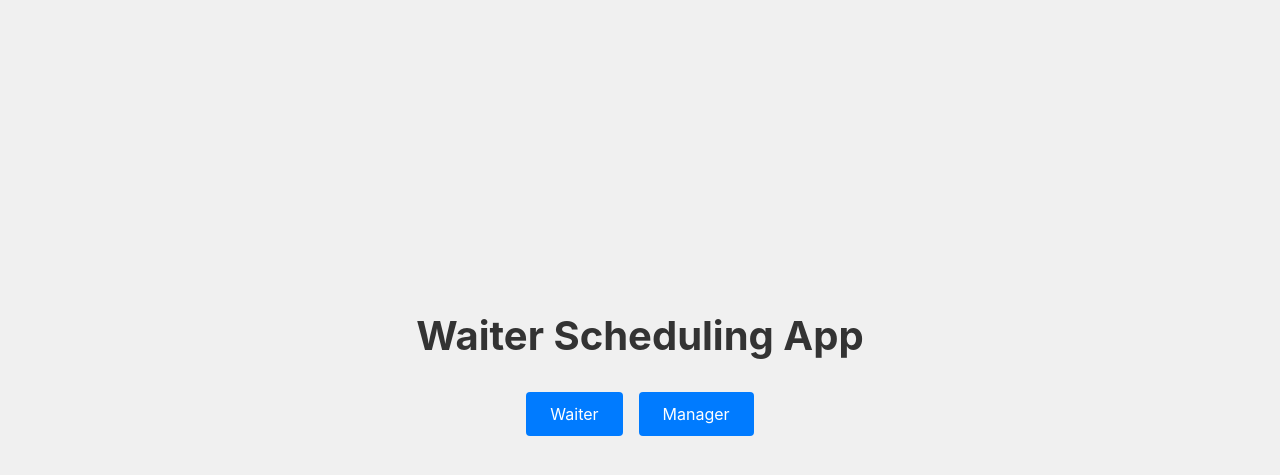
Repository: lasity34/waiter-scheduling-app
Page: / (app in waiter-app-frontend/)
The author's editor kept a copy of each file at every save. The page is drawn from the files as they stood at one save, then again after the next save.
The browser window is 1280 px wide. The pictures show the whole page.
The project was rebuilt for these pictures with package versions that can differ from the ones it lists, and the page was loaded fresh each time. Also part of the build but not shown: waiter-app-frontend/src/components/Signin.tsx, waiter-app-frontend/src/components/WaiterDashboard.tsx, waiter-app-frontend/src/components/ManagerDashboard.tsx.

Above is the page before, as saved 2024-09-10 14:55:59.

### waiter-app-frontend/src/index.tsx
import React from 'react';
import ReactDOM from 'react-dom/client';
import { BrowserRouter as Router } from 'react-router-dom';
import './index.css';
import App from './App';
import reportWebVitals from './reportWebVitals';

const root = ReactDOM.createRoot(
  document.getElementById('root') as HTMLElement
);
root.render(
  <React.StrictMode>
    <Router>
      <App />
    </Router>
  </React.StrictMode>
);

reportWebVitals();

### waiter-app-frontend/src/App.tsx
import React from 'react';
import { Routes, Route } from 'react-router-dom';
import Home from './components/Home';
import SignIn from './components/Signin';
import WaiterDashboard from './components/WaiterDashboard';
import ManagerDashboard from './components/ManagerDashboard';

const App: React.FC = () => {
  return (
    <div className="App">
      <Routes>
        <Route path="/" element={<Home />} />
        <Route path="/signin" element={<SignIn />} />
        <Route path="/waiter-dashboard" element={<WaiterDashboard />} />
        <Route path="/manager-dashboard" element={<ManagerDashboard />} />
      </Routes>
    </div>
  );
};

export default App;

### waiter-app-frontend/src/components/Home.tsx
import React from 'react';
import { Link } from 'react-router-dom';
import styled from 'styled-components';

const HomeContainer = styled.div`
  display: flex;
  flex-direction: column;
  align-items: center;
  justify-content: center;
  height: 100vh;
  background-color: #f0f0f0;
`;

const Title = styled.h1`
  font-size: 2.5rem;
  color: #333;
  margin-bottom: 2rem;
`;

const OptionsContainer = styled.div`
  display: flex;
  gap: 1rem;
`;

const StyledLink = styled(Link)`
  padding: 0.75rem 1.5rem;
  background-color: #007bff;
  color: white;
  text-decoration: none;
  border-radius: 4px;
  font-size: 1rem;
  transition: background-color 0.3s ease;

  &:hover {
    background-color: #0056b3;
  }
`;

const Home: React.FC = () => {
  return (
    <HomeContainer>
      <Title>Waiter Scheduling App</Title>
      <OptionsContainer>
        <StyledLink to="/signin?role=waiter">Waiter</StyledLink>
        <StyledLink to="/signin?role=manager">Manager</StyledLink>
      </OptionsContainer>
    </HomeContainer>
  );
}

export default Home;

Loaded but not shown: waiter-app-frontend/public/index.html (common file); waiter-app-frontend/src/index.css (common file); waiter-app-frontend/src/reportWebVitals.ts (common file)

After the next save:
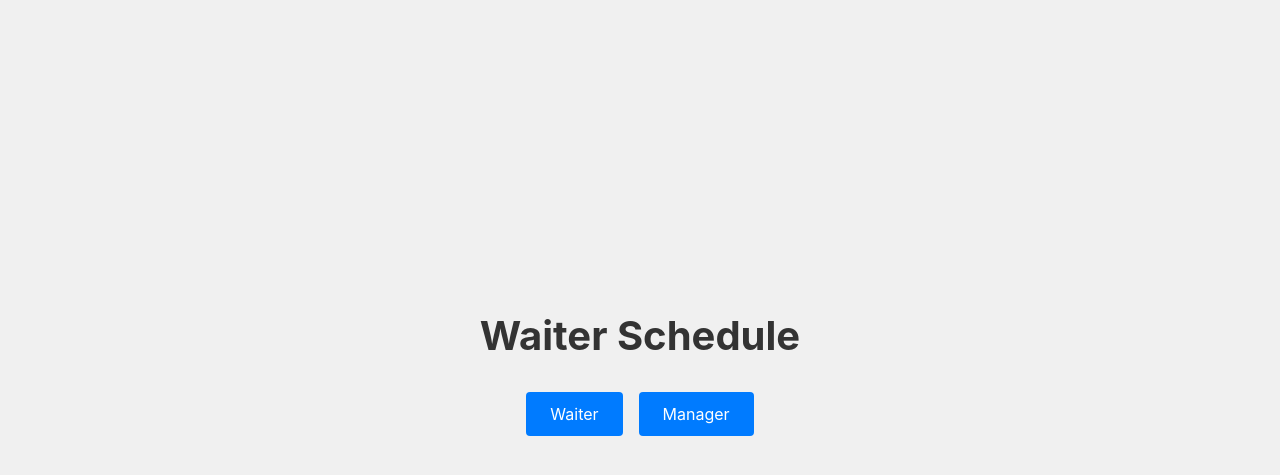
Saved 32 s later.
--- a/waiter-app-frontend/src/components/Home.tsx
+++ b/waiter-app-frontend/src/components/Home.tsx
@@ -39,7 +39,7 @@ const StyledLink = styled(Link)`
 const Home: React.FC = () => {
   return (
     <HomeContainer>
-      <Title>Waiter Scheduling App</Title>
+      <Title>Waiter Schedule</Title>
       <OptionsContainer>
         <StyledLink to="/signin?role=waiter">Waiter</StyledLink>
         <StyledLink to="/signin?role=manager">Manager</StyledLink>
